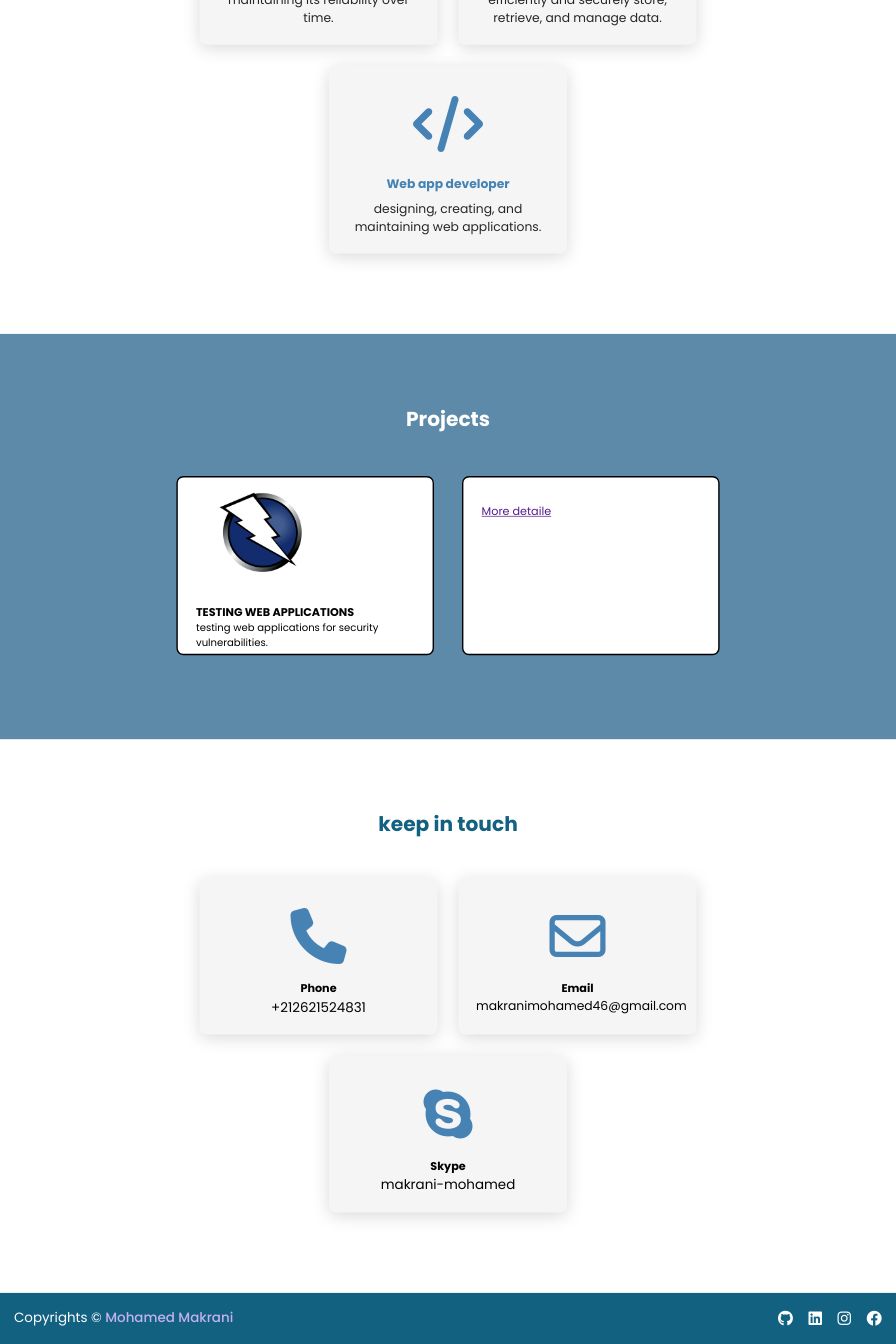
Repository: mohamed-makrani/Portfolio
Page: indixe.html
These files come from the project's save history. The page is drawn as it stood at one moment and after the next save; the edit follows.
The browser window is 1280 px wide. The pictures show the part of the page from y = 1200 to 3120 px (the page is 3120 px tall before and 3072 px after), at 70% of full size.
Backgrounds fixed to the window are drawn as part of the page.

Above is the page before, as saved 2023-09-18 15:08:57.

### indixe.html
<!DOCTYPE html>
<html lang="en">
<head>
    <meta charset="UTF-8">
    <meta name="descreption" content="makrani-mohamed/portfilio"/>
    <title>Mohamed-makrani</title>
    <link rel="stylesheet" href="https://cdnjs.cloudflare.com/ajax/libs/font-awesome/6.4.2/css/all.min.css"/>
    <link  rel="stylesheet" href="style.css" />
</head>
<body>
    <header>
        <a class="logo" href="#logo" >Mohamed-makrani</a>
        <nav class="navigation">
            <a href="#services" >services</a>
            <a href="#projects" > projects</a>
            <a href="#contact"> contact </a>

        </nav>
    </header>
    <section class="main" id="logo">
        <div>
            <h6>Hello, I'm mohamed </h6>
            <h1>Web developer</h1>
            <h4>Width defines web's rhythm</h4>
        <a href="#" class="main-button">view my work</a>
        <div class="social-media">
            <a href="#" ><i class="fa-brands fa-github"></i></a>
            <a href="https://www.linkedin.com/in/mohamed-makrani-b9bb0028b/" target="_blank"><i class="fa-brands fa-linkedin"></i></a>
            <a href="#"><i class="fa-brands fa-instagram"></i></a>
            <a href="#"><i class="fa-brands fa-facebook"></i></a>
        </div>
        </div>
    </section>

    <section class="cards" id="services" >
        <h2 class="title">Services</h2>
        <div class="content" >
            <div class="card">
                <div class="icon"><i class="fa-solid fa-shield-halved"></i></div>
                <div class="info">
                    <h2>Web app testing</h2>
                    <p>Effective web application testing is crucial to delivering a high-quality product to users and maintaining its reliability over time.</p>
                </div>
            </div>
            <div class="card">
                <div class="icon"><i class="fa-solid fa-database"></i></div>
                <div class="info">
                    <h2>Database management</h2>
                    <p>the process of designing, implementing, maintaining, and optimizing databases to efficiently and securely store, retrieve, and manage data.</p>
                </div>
            </div>
            <div class="card">
                <div class="icon"><i class="fa-solid fa-code"></i></div>
                <div class="info">
                    <h2>Web app developer</h2>
                    <p> designing, creating, and maintaining web applications.</p>
                </div>

            </div>

        </div>
    </section>
        <section class="Projects" id="projects">
            <h2 class="projec-title">Projects</h2>
            <div class="project-content">
                <div class="project-card">
                    <div class="image">
                        <img src="oo.jpg"/>
                    </div>
                    <div class="project-info">
                        <strong class="project-title"><span>Testing web applications</span>

                        </strong>
                        <p> testing web applications for security vulnerabilities. </p>
                        <a href="" class="detaile" >More detaile</a>
                    </div>
                </div>
                <div class="project-card">
                    <div class="image">


                    </div>
                    <div class="project-info">
                        <strong class="project-title"><span></span></strong>
                        <p></p>
                        <a href="" class="detaile">More detaile</a>

                    </div>

                </div>


            </div>

        </section>

        <section class="contact-me" id="contact">
            <h2 class="work-contact">keep in touch</h2>
            <div class="contact-content">
                <div class="contact-card">
                    <div class="contact-icon"><i class="fa-solid fa-phone"></i></div>
                    <div class="contact-info">
                        <h4>Phone</h4>
                        <P class="Ph">+212621524831</P>
                    </div>
                </div>
                <div class="contact-card">
                    <div class="contact-icon"><i class="fa-regular fa-envelope"></i></div>
                    <div class="contact-info">
                        <h4>Email</h4>
                        <p class="em">makranimohamed46@gmail.com</p>

                    </div>


            </div>
            <div class="contact-card">
                <div class="contact-icon"><i class="fa-brands fa-skype"></i></i></div>
                <div class="contact-info">
                    <h4>Skype</h4>
                    <p class="xd">makrani-mohamed</p>

                </div>


        </div>
            </div>





        </section>
        <footer class="footer">
            <p class="footer-title" >Copyrights ©<span> <a  class="sa" href="#">Mohamed Makrani</a> </span></p>
            <div class="social-media">
                <a href="#" ><i class="fa-brands fa-github"></i></a>
                <a href="https://www.linkedin.com/in/mohamed-makrani-b9bb0028b/" target="_blank"><i class="fa-brands fa-linkedin"></i></a>
                <a href="#"><i class="fa-brands fa-instagram"></i></a>
                <a href="#"><i class="fa-brands fa-facebook"></i></a>
            </div>

        </footer>








</body>
</html>

### style.css
@import url('https://fonts.googleapis.com/css2?family=Poppins:ital,wght@0,200;0,300;0,400;0,500;0,600;0,700;0,800;0,900;1,100;1,200;1,300;1,400;1,500;1,600;1,700;1,800;1,900&display=swap');

*{

    font-family: 'Poppins', sans-serif;
    margin: 0;
    padding: 0;
    box-sizing: border-box;
    /* scroll-behavior: smooth; */
}
 header{

    background-color: #f5f5f5;
    width: 100%;
    position: fixed;
    display: flex;
    z-index: 999;
    justify-content: space-between;
    align-items: center;
    padding: 10px 200px;

 }
 .logo {
    /* default is 16 px */

    text-decoration: none;
    font-size: 16px;
    color: #126180;
    text-transform: uppercase;
    font-weight: 700;
 }
 .navigation a{
    color: #126180;
    font-size: 15px;
    font-weight: 600px;
    text-decoration: none;
    padding-left:  30px;

 }
.navigation a:hover {

color: rgb(83, 15, 146);
}
 section {

   padding: 100px 150px;
 }
 .main{

   width: 100%;
   min-height: 100vh;
   display: flex;
   align-items: center;
   background:url(backround.jpg) no-repeat;
   background-size: cover;
   background-position:center ;
   background-attachment: fixed;

 }
 .main h6 {

   color: white;
   font-weight:500px ;
   font-size: 0.9em;


 }

 .main h1 {

   color:#5d8aa8 ;
   font-size: 2.4em;
   font-weight: 500px;
   margin-top: 6px;
 }
 .main h4 {

   color: white;
   font-size: 1em;
   font-weight: 500px;
   margin-top: 6px;
   margin-bottom: 20px;
   letter-spacing:1px;
 }
.main-button {

color : white;
text-decoration: none;
background-color: #92a1cf;
letter-spacing : 1px;
font-size: 1em;
font-weight: 600px;
display: inline-block;
padding: 0.935em 2.187em;
border-radius: 12px;
margin-bottom: 20px;
transition: 0.7s ease;

}
.main-button :hover{
   background-color:#545aa7;
   transform: scale(1.1);
}
.social-media a{

   color: white;
   font-size: 22px;
   padding-left: 18px;

}

.title {

   display: flex;
   justify-content: center;
   color:#126180;
   font-size:1.8em ;
   font-weight: 700px;
   margin-bottom: 40px;
}
.content{
   display: flex;
   justify-content: center;
   flex-direction: row;
   flex-wrap: wrap;
}
.card {
   background-color:#f5f5f5;
   width:21.25em;
   box-shadow: 0 5px 25px rgba(1 1 1 /15%);
    border-radius: 10px;
    padding: 25px;
    margin: 15px;
    transition: 0.4s ease;
}
.card:hover {
   transform: scale(1.1);
}
.icon {
   color: #4682b4;
   text-align: center;
   font-size: 5em;
}
.info h2 {

   color:#4682b4 ;
   text-align: center;
   font-size:1.1em;
   font-weight: 700px;
   margin:10px ;

}
.info p {

   text-align: center;
   font-size:1.1em ;
   font-weight:500px ;
   color :rgb(39, 37, 37);


}
.Projects{
   background-color: #5d8aa8;
}
.projec-title{

   display: flex;
   justify-content: center;
   color: white;
   font-size:1.8em ;
   font-weight:700 ;
   margin-bottom: 40px;

}
.project-content{

   display: flex;
   justify-content: center;
   flex-direction: row;
   flex-wrap: wrap;
}

 .projects.project-content{
   margin-top: 30px;
 }
.project-card{

   background-color: white;
   border: 2px solid black;
   max-height: 16em;
   padding: 10px;
   width: 23em;
   overflow: hidden;
   border-radius: 10px;
   margin: 20px;
   transition: 0.5s ease;
}

.project-card:hover{
   transform: scale(1.1);
}
/*.card:hover .image{
opacity: 0.9;

}*/
.image img {

  max-width:177px;
   padding: 10px 10px 10px 50px;
   justify-content: centre;
}
.project-info{
   padding: 1em;
}
.project-info p{
   font-size: 0.9em;
   color: black;

}
.project-info strong{
   margin-top: 10px;
   font-weight: 800px;
   display: flex;
   justify-content: space-between;
   text-transform: uppercase;

}*/
.detaile {
   padding-top: 20px;
   text-decoration:none;
   font-size: 1.4em;
   font-weight: 800px;
   color:#4682b4;
   justify-content: center;

}*/

.contact-me{
   margin-top :20px;
}
.work-contact{
   color: #126180;
    display: flex;
   justify-content: center;
   font-size:1.8em ;
   font-weight: 700px;
   margin-bottom: 40px;

}
.contact-content{
   display: flex;
   flex-direction: row;
   flex-wrap: wrap;
   justify-content: center;
}
.contact-card{
   background-color:#f5f5f5;
   width:21.25em;
   box-shadow: 0 5px 25px rgba(1 1 1 /15%);
    border-radius: 10px;
    padding: 25px;
    margin: 15px;
    justify-content:center;
    align-items:center;
    transition: 0.4s ease;
}
.contact-card:hover{
    transform: scale(1.1);
}
.contact-icon{
   color: #4682b4;
   text-align: center;
   font-size: 5em;
}
.contact-info h4{
  text-align: center;
}
.Ph{
   text-align: center;
   font-size: 1.2em;
}
.xd{
   text-align: center;
   font-size: 1.2em;
}
.em{
   font-size: 1.1em;
}
.contacte-me.icon{
   font-size: 4.5em;
}
.footer{
   background-color: #126180;
   color: white;
   padding: 20px;
   display: flex;
   justify-content:space-between;
}
.footer-title{
   font-size: 1.2em;
   font-weight: 80px;
}
.sa{
   text-decoration: none;
   color:#c2b3ee ;
   font-size:1.2;
   font-weight:80px;
}
.footer-title span{
   color:#b7cddd;
   font-weight: 500;
}
.footer.social-media a{
   font-size: 1.3em;
}

After the next save:
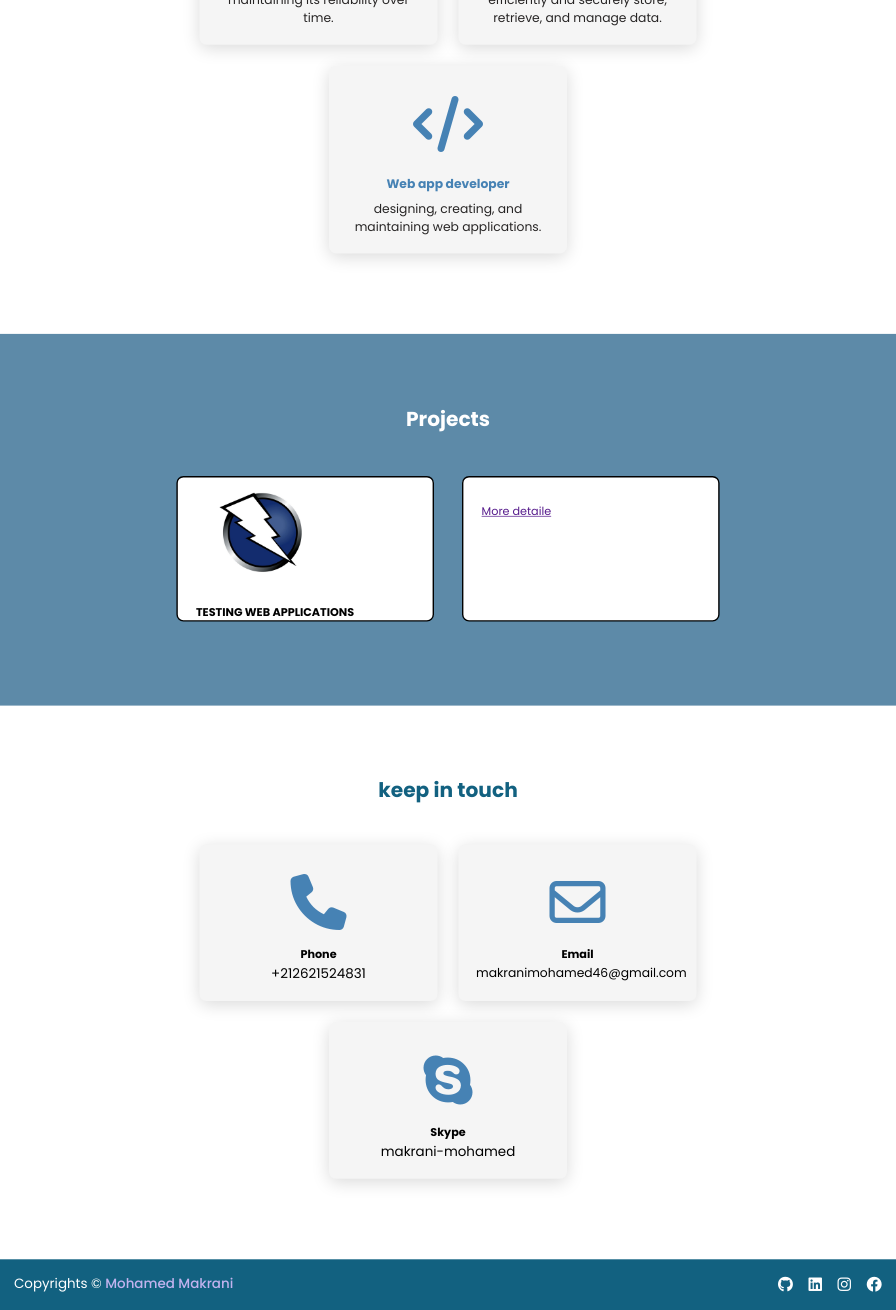
Saved 11 s later.
--- a/style.css
+++ b/style.css
@@ -187,7 +187,7 @@ transition: 0.7s ease;
 
    background-color: white;
    border: 2px solid black;
-   max-height: 16em;
+   max-height: 13em;
    padding: 10px;
    width: 23em;
    overflow: hidden;
